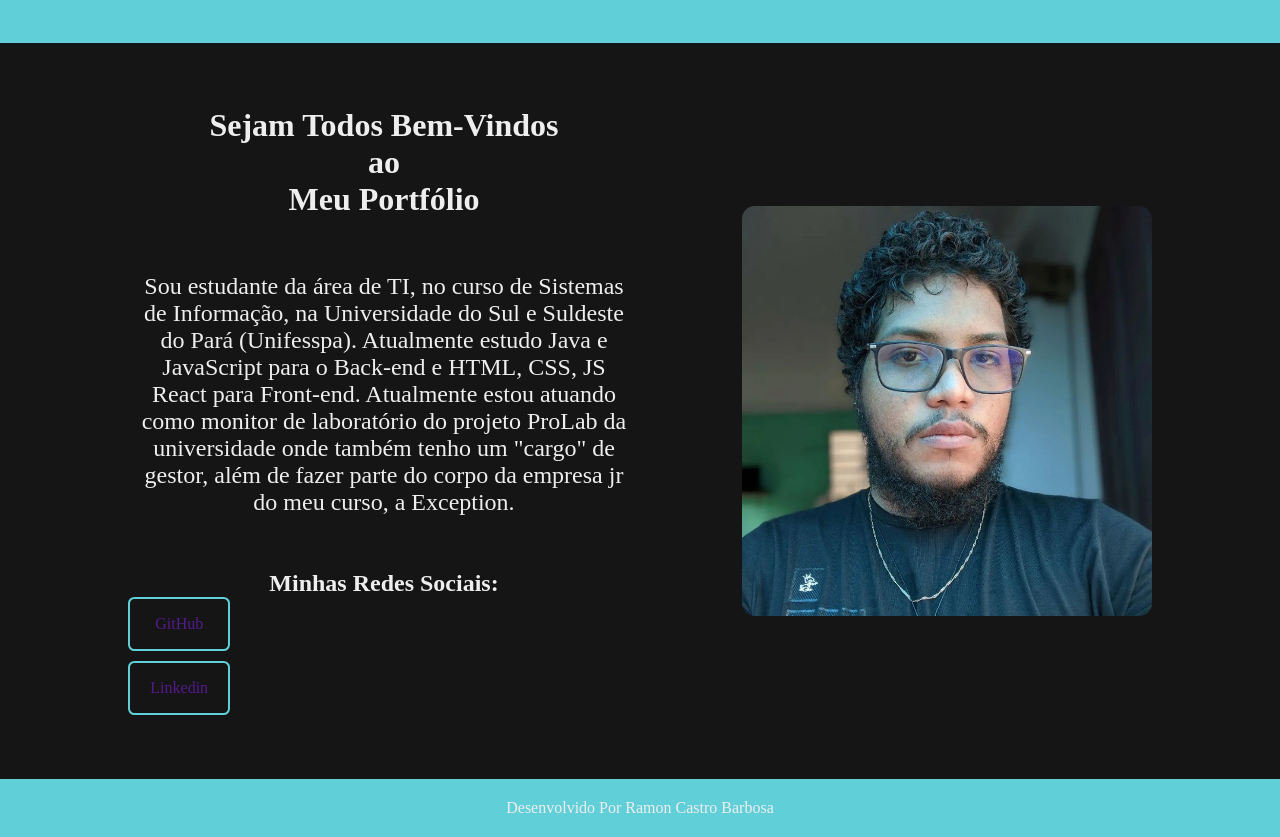
Repository: ramoncbarbosa/Web1_Atividade2
Page: index.html
The author's editor kept a copy of each file at every save. The page is drawn from the files as they stood at one save, then again after the next save.
The browser window is 1280 px wide. The pictures show the whole page.

Above is the page before, as saved 2023-06-10 16:43:40.

After the next save:
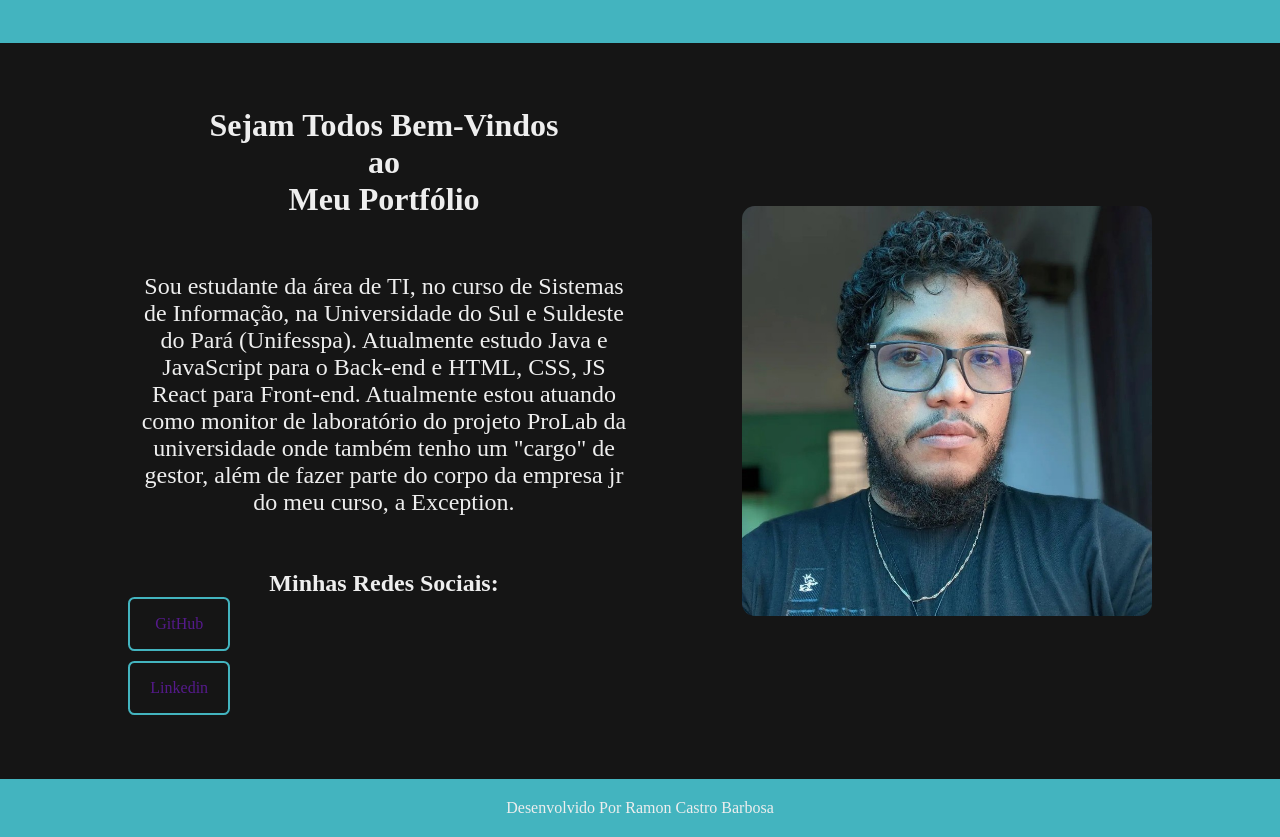
Saved 7 s later.
--- a/styles/styles.css
+++ b/styles/styles.css
@@ -7,7 +7,7 @@
 }
 
 :root{
-    --cor-um: #61cfd8;
+    --cor-um: #43b4bf;
     --cor-dois: #EEEEEE;
     --cor-tres: #151515;
 }
